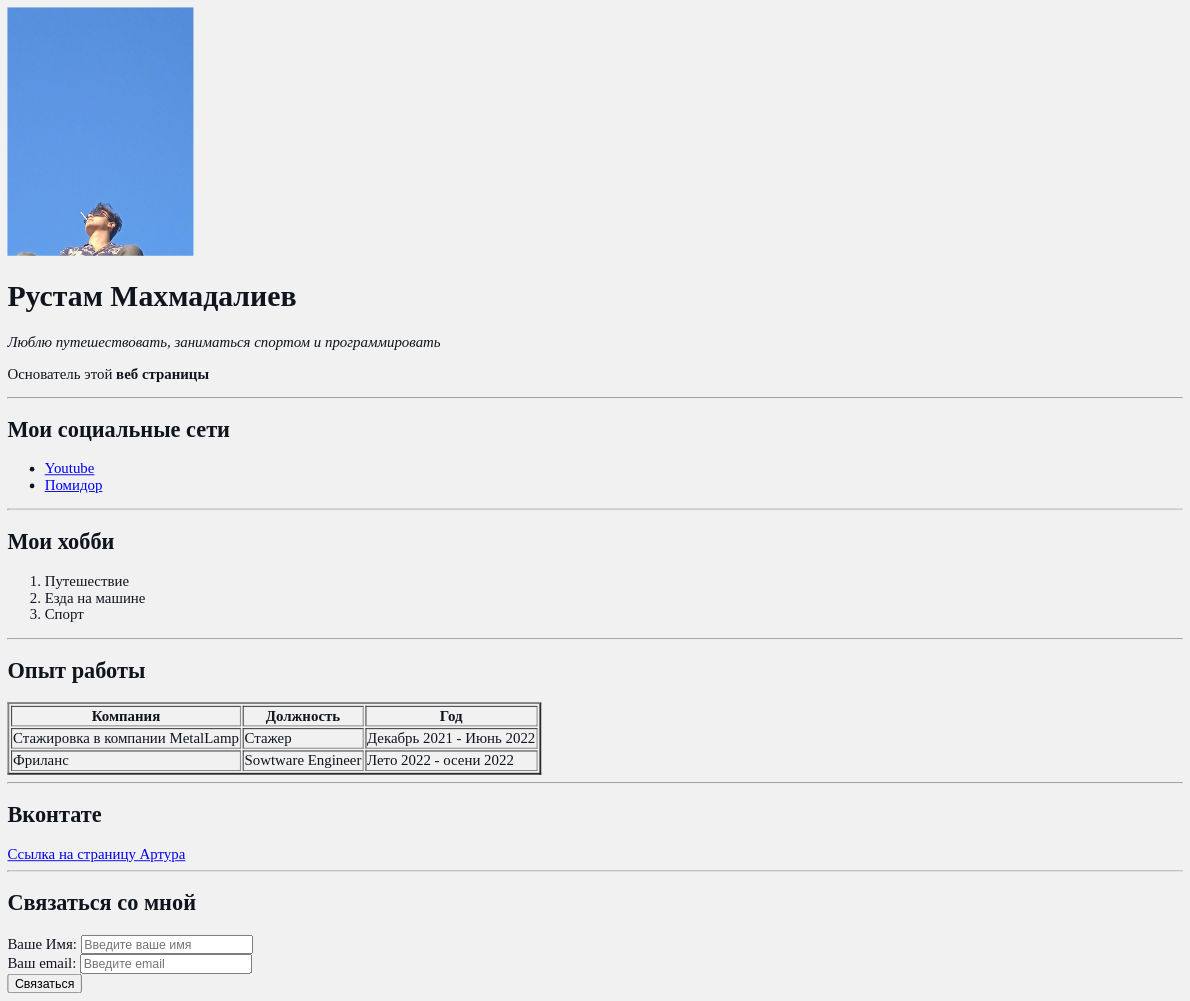
Repository: RustamMakh/html
Page: index.html
These files come from the project's save history. The page is drawn as it stood at one moment and after the next save; the edit follows.
The browser window is 1280 px wide. The pictures show the whole page, at 93% of full size.

Above is the page before, as saved 2022-06-13 20:58:06.

After the next save:
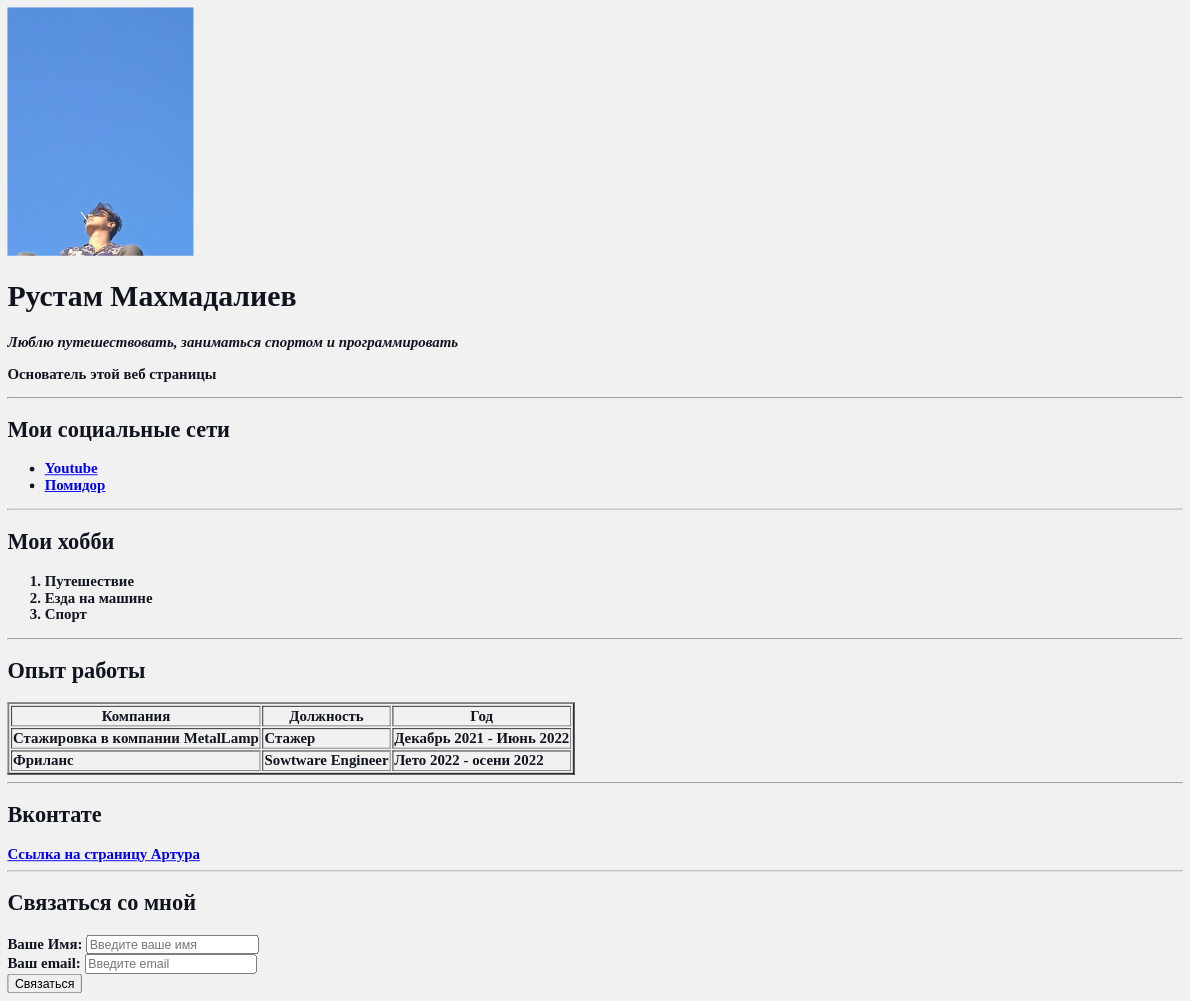
Saved 5 s later.
--- a/styles.css
+++ b/styles.css
@@ -2,5 +2,5 @@
     background-color: #f1f1f1;
     color: #0f141e;
     font-size: 16px;
-    font-weight: 500;
+    font-weight: 600;
 }

After the save that followed:
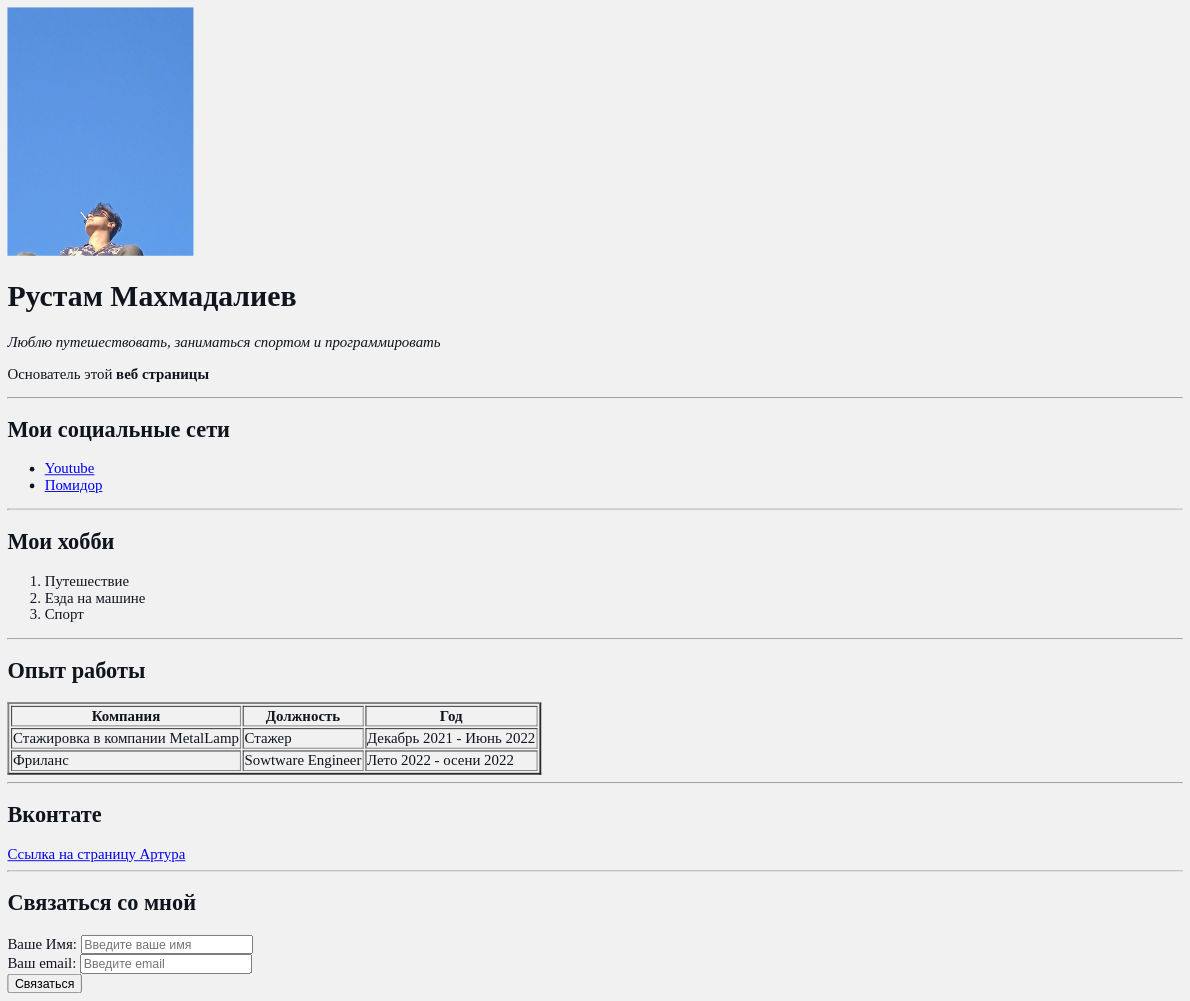
Saved 18 s later.
--- a/styles.css
+++ b/styles.css
@@ -2,5 +2,5 @@
     background-color: #f1f1f1;
     color: #0f141e;
     font-size: 16px;
-    font-weight: 600;
+    font-weight: normal;
 }
